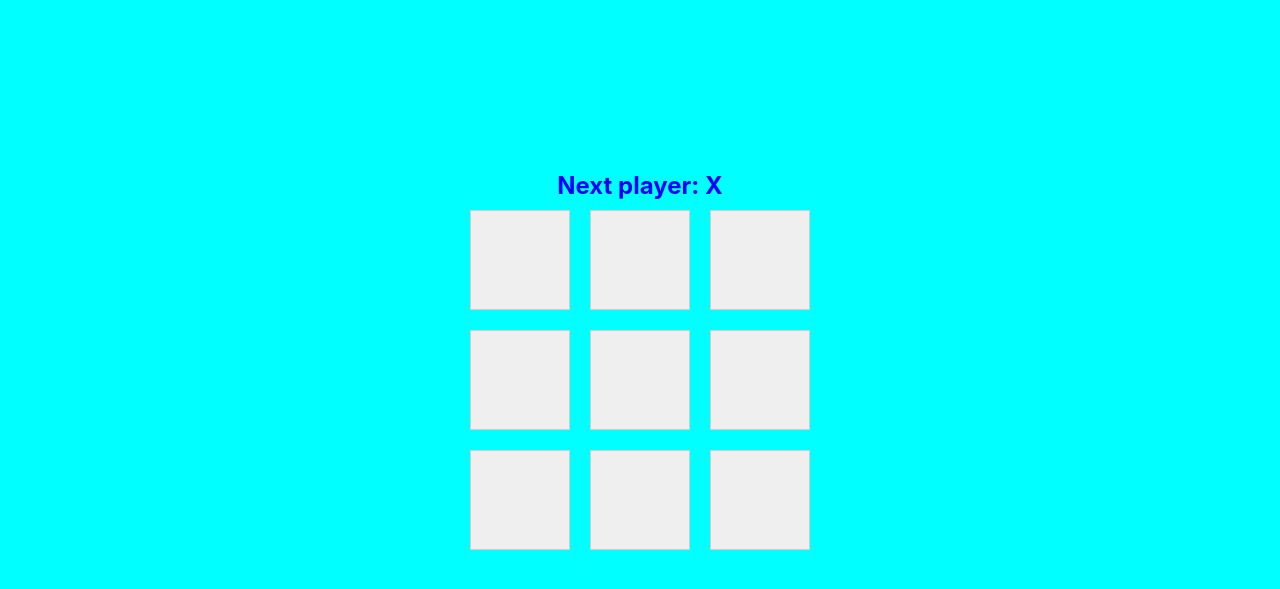
Repository: sedat-akdogan/React_Revision
Page: / (app in tic-tac-toe/)
These files come from the project's save history. The page is drawn as it stood at one moment and after a run of saves; the edit follows.
The browser window is 1280 px wide. The pictures show the whole page.
The project was rebuilt for these pictures with package versions that can differ from the ones it lists, and the page was loaded fresh each time.

Above is the page before, as saved 2023-05-13 00:52:01.

After the next 5 saves:
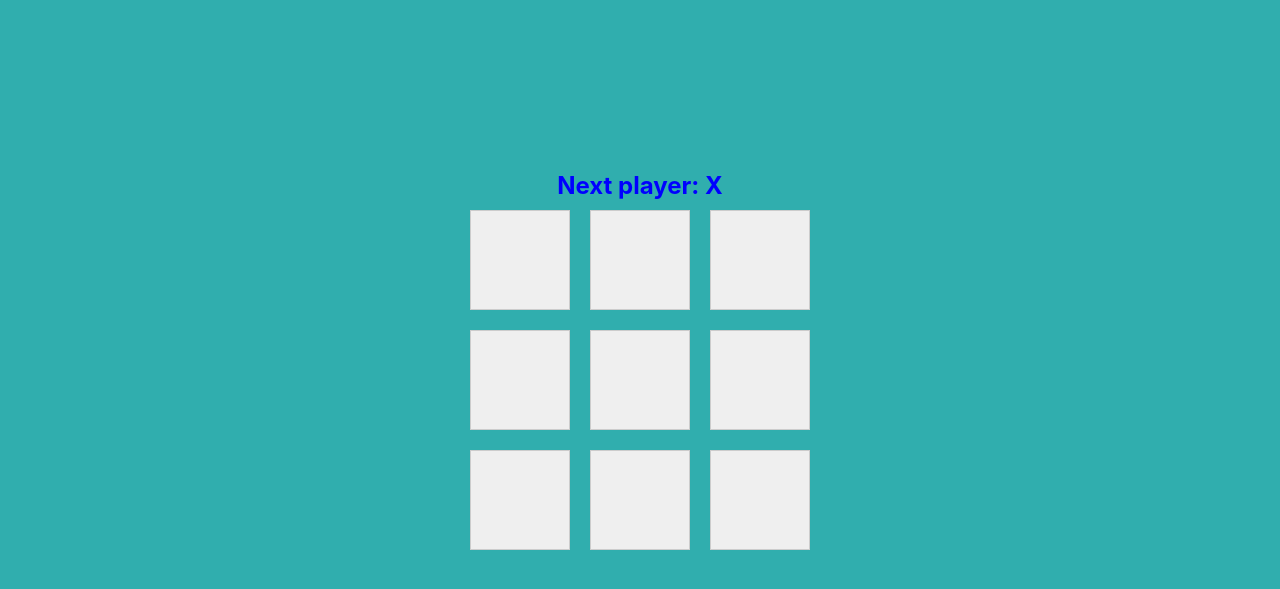
The 5 saves are shown as one change because they came seconds apart.
The last was saved 43 s later.
--- a/tic-tac-toe/src/index.css
+++ b/tic-tac-toe/src/index.css
@@ -18,7 +18,7 @@ code {
     align-items: center;
     justify-content: center;
     height: 100vh;
-    background-color: aqua;
+    background-color: rgb(48, 174, 174);
 }
 
 .square {
